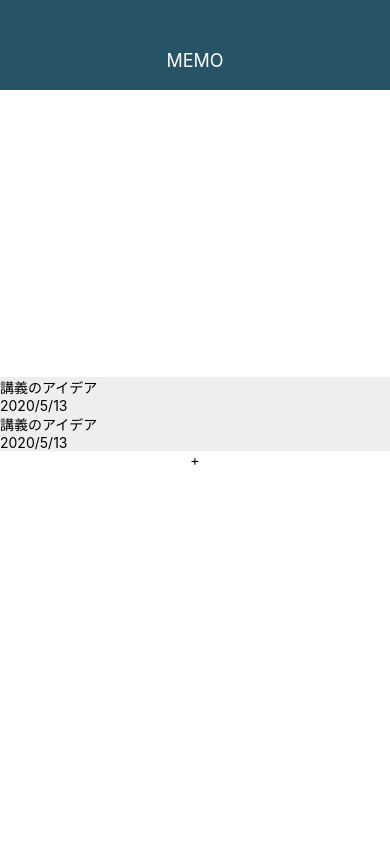
Repository: NagataRyuji0630/memo_app_for_reactNative
Page: /
An editor plug-in stored every save of this project. The page is shown before and after the next save, followed by the edit.
The browser window is 390 px wide. The pictures show the whole page.
The app was drawn by React Native's web renderer in a window 390 px wide. The project was rebuilt for these pictures with package versions that can differ from the ones it lists, and the page was loaded fresh each time.

Above is the page before, as saved 2020-05-14 07:49:29.

After the next save:
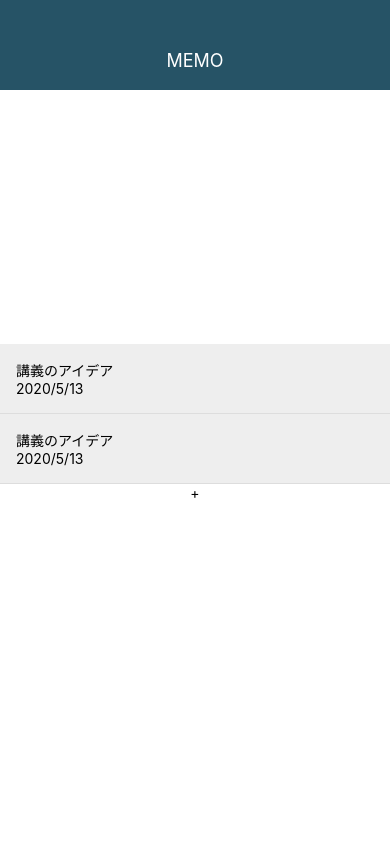
Saved 65 s later.
--- a/App.js
+++ b/App.js
@@ -59,4 +59,9 @@ const styles = StyleSheet.create({
     backgroundColor: '#eee',
     width: '100%',
   },
+  memoListItem: {
+    padding: 16,
+    borderBottomWidth: 1,
+    borderBottomColor: '#ddd',
+  }
 });
